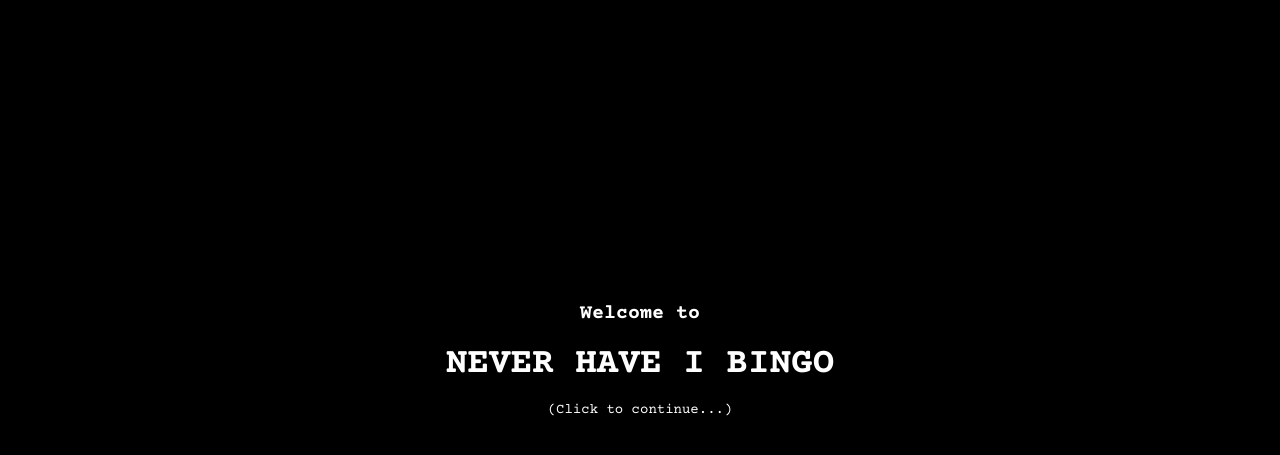
Repository: Jeysmeister/sensoryminds-bingo
Page: /
These files come from the project's save history. The page is drawn as it stood at one moment and after the next save; the edit follows.
The browser window is 1280 px wide. The pictures show the whole page.
The project was rebuilt for these pictures with package versions that can differ from the ones it lists, and the page was loaded fresh each time. The framework's server and built-in components were replaced by stand-ins that run in the browser. Also part of the build but not shown: next.config.ts.

Above is the page before, as saved 2024-11-12 20:08:32.

### app/layout.tsx
import type { Metadata } from "next";
import { Courier_Prime } from "next/font/google";
import "./globals.css";
import Header from "./components/Header";

export const metadata: Metadata = {
  title: "Never have I BINGO",
  description: "Sensory Minds Front-End Coding Challenge",
};

const courier = Courier_Prime({
  subsets: ["latin"],
  weight: ["400", "700"],
});

export default function RootLayout({
  children,
}: Readonly<{
  children: React.ReactNode;
}>) {
  return (
    <html lang="en">
      <body className={`${courier.className} antialiased`}>{children}</body>
    </html>
  );
}

### app/page.tsx
"use client";

import { neverHaveIEverQuestions } from "@/data/questions";
import { easeInOut, motion } from "framer-motion";
import { useState } from "react";
import BingoCard from "./components/BingoCard";
import Header from "./components/Header";
import { getRandomQuestions } from "@/functions/getRandomQuestions";

export default function Home() {
  const [activeSection, setActiveSection] = useState(0);

  const [questions, setQuestions] = useState(getRandomQuestions(24));

  const slideInVariant = {
    default: { x: 0, opacity: 1, width: "100%" },
    invisible: { x: "100%", opacity: 0, width: 0 },
    visible: { x: 0, opacity: 1, width: "100%", transition: { duration: 1, easeInOut } },
  };

  return (
    <div className="flex w-screen overflow-hidden bg-black">
      <motion.div
        className="w-screen h-screen flex justify-center items-center text-white bg-black flex-col gap-4 cursor-pointer"
        onClick={() => setActiveSection(1)}
        initial="default"
        animate={`${activeSection === 1 ? "invisible" : activeSection === 2 && "invisible"}`}
        variants={slideInVariant}
      >
        <div className="text-xl font-bold">Welcome to</div>
        <div className="text-4xl font-bold">NEVER HAVE I BINGO</div>
        <div className="text-sm">(Click to continue...)</div>
      </motion.div>

      <motion.div
        className="w-screen h-screen flex justify-center items-center text-white bg-black flex-col gap-4 cursor-pointer"
        onClick={() => setActiveSection(2)}
        initial="invisible"
        animate={activeSection === 1 ? "visible" : activeSection === 2 && "invisible"}
        variants={slideInVariant}
      >
        <div className="text-xl sm:text-4xl font-extrabold">INSTRUCTIONS</div>
        <div className="flex flex-col text-xs font-bold text-left max-w-[800px] gap-2 ">
          <div>1. Players must decide on the consequence when a player loses (e.g. Drink a shot).</div>
          <div>2. Players must click on the boxes of the events they've done or experienced.</div>
          <div>3. A player loses if they fill a row, column, or diagonal.</div>
          <div>4. All players who lost must do the consequence.</div>
          <div>5. The losing players must tell the other players what the list of things they've experienced or have done.</div>
          <div>6. All players must click the "Next Round" button on the top right of the page.</div>
          <div>7. Have Fun!</div>
        </div>
        <div className="text-sm">(Click to continue...)</div>
      </motion.div>

      <motion.div
        className="w-screen h-screen flex flex-col justify-center items-center relative bg-white"
        initial="invisible"
        animate={activeSection === 2 ? "visible" : activeSection === 1 && "invisible"}
        variants={slideInVariant}
      >
        <Header setActiveSection={setActiveSection} setQuestions={setQuestions} />
        <BingoCard questions={questions} />
      </motion.div>
    </div>
  );
}

### app/components/BingoCard.tsx
"use client";

import { possibleWins } from "@/data/possibleWins";
import { useEffect, useState } from "react";
import BingoItem from "./BingoItem";
import { motion } from "framer-motion";
import WinnerDialog from "./WinnerDialog";

const container = {
  hidden: { opacity: 1, scale: 0 },
  visible: {
    opacity: 1,
    scale: 1,
    transition: {
      delayChildren: 0.3,
      staggerChildren: 0.2,
    },
  },
};

const child = {
  hidden: { y: 20, opacity: 0 },
  visible: {
    y: 0,
    opacity: 1,
  },
};

const BingoCard = ({ questions }: { questions: string[] }) => {
  const [marked, setMarked] = useState<number[]>([12]);
  const [dialogOpen, setDialogOpen] = useState(false);
  const grid = [...questions.slice(0, 12), "FREE", ...questions.slice(12)];
  const checkForWin = (markedBoxes: number[]) => {
    return possibleWins.some((combination) => combination.every((index) => markedBoxes.includes(index)));
  };
  useEffect(() => {
    setMarked([12]);
  }, [questions]);
  useEffect(() => {
    console.log(marked);
    const win = checkForWin(marked);
    if (win) {
      setDialogOpen(true);
    }
  }, [marked]);

  return (
    <>
      <motion.div variants={container} initial="hidden" animate="visible" className="md:border md:border-gray-300 p-4 pt-0 rounded-xl">
        <div className="flex w-full justify-center items-center py-4 text-xl font-extrabold">NEVER HAVE I BINGO</div>
        <div className="max-w-[800px] max-h-[800px] w-screen grid grid-cols-5 gap-1 xs:gap-2 sm:gap-4">
          {grid.map((item, index) => (
            <motion.div variants={child} className="flex justify-center">
              <BingoItem key={index} index={index} item={item} marked={marked} setMarked={setMarked} questions={questions} />
            </motion.div>
          ))}
        </div>
      </motion.div>
      <WinnerDialog
        open={dialogOpen}
        setOpen={setDialogOpen}
        questions={marked.map((value: number) => {
          return questions[value];
        })}
      />
    </>
  );
};

export default BingoCard;

### app/components/Header.tsx
import { Button } from "@/components/ui/button";
import { getRandomQuestions } from "@/functions/getRandomQuestions";

const Header = ({ setActiveSection, setQuestions }: { setActiveSection: (value: number) => void; setQuestions: (value: string[]) => void }) => {
  const nextRoundHandler = () => {
    setQuestions(getRandomQuestions(24));
  };
  return (
    <div className="p-4 w-screen absolute top-0  flex justify-between items-center">
      <div className="text-xl">NEVER HAVE I BINGO</div>
      <div className="flex flex-col sm:flex-row gap-2">
        <Button className="font-extrabold" onClick={nextRoundHandler}>
          Next Round
        </Button>
        <Button
          className="font-extrabold"
          onClick={() => {
            setActiveSection(1);
          }}
        >
          Rules
        </Button>
      </div>
    </div>
  );
};

export default Header;

### functions/getRandomQuestions.ts
import { neverHaveIEverQuestions } from "@/data/questions";

export const getRandomQuestions = (count: number) => {
  const shuffled = [...neverHaveIEverQuestions].sort(() => 0.5 - Math.random());
  return shuffled.slice(0, count);
};

### data/possibleWins.ts
export const possibleWins = [
  // Rows
  [0, 1, 2, 3, 4], // Row 1
  [5, 6, 7, 8, 9], // Row 2
  [10, 11, 12, 13, 14], // Row 3
  [15, 16, 17, 18, 19], // Row 4
  [20, 21, 22, 23, 24], // Row 5

  // Columns
  [0, 5, 10, 15, 20], // Column 1
  [1, 6, 11, 16, 21], // Column 2
  [2, 7, 12, 17, 22], // Column 3
  [3, 8, 13, 18, 23], // Column 4
  [4, 9, 14, 19, 24], // Column 5

  // Diagonals
  [0, 6, 12, 18, 24], // Diagonal 1
  [4, 8, 12, 16, 20], // Diagonal 2
];

### app/components/BingoItem.tsx
"use client";

import { useEffect, useState } from "react";
import { motion } from "framer-motion";

const BingoItem = ({ index, item, marked, setMarked, questions }: { index: number; item: string; marked: number[]; setMarked: (value: number[]) => void; questions: string[] }) => {
  const [active, setActive] = useState(item === "FREE" ? true : false);
  const handleClick = (index: number) => {
    if (item !== "FREE") {
      const newActive = !active;
      if (newActive) {
        setActive(newActive);
        setMarked([...marked, index]);
      } else {
        setActive(newActive);
        const indexOfItem = marked.indexOf(index);
        setMarked([...marked.splice(0, indexOfItem), ...marked.splice(indexOfItem)]);
      }
    }
  };
  useEffect(() => {
    if (item !== "FREE") {
      setActive(false);
    }
  }, [questions]);
  return (
    <motion.div
      initial={{ backgroundColor: "#ffffff" }}
      animate={{
        backgroundColor: active ? "#000000" : "#ffffff",
      }}
      transition={{ duration: 0.5 }}
      key={index}
      className={`relative flex items-center justify-center p-2 h-[70px] w-[70px] xs:h-[80px] xs:w-[80px] sm:h-[100px] sm:w-[100px] md:w-[130px] md:h-[130px] border border-gray-200 rounded ${
        active ? "bg-black text-white" : "bg-white text-black"
      } cursor-pointer`}
      onClick={() => handleClick(index)}
    >
      <p className="text-center text-2xs sm:text-xs md:text-sm font-extrabold capitalize">{item}</p>
    </motion.div>
  );
};

export default BingoItem;

### app/components/WinnerDialog.tsx
import { Dialog, DialogContent, DialogTitle } from "@/components/ui/dialog";

const WinnerDialog = ({ open, setOpen, questions }: { open: boolean; setOpen: (value: boolean) => void; questions: string[] }) => {
  return (
    <Dialog open={open} onOpenChange={setOpen}>
      <DialogContent>
        <DialogTitle>I HAVE ...</DialogTitle>
        <div className="flex flex-col gap-4">
          {questions.map((question: string, index: number) => {
            return <div>{`${index + 1}. ${question}`}</div>;
          })}
        </div>
      </DialogContent>
    </Dialog>
  );
};

export default WinnerDialog;

### components/ui/button.tsx
import * as React from "react"
import { Slot } from "@radix-ui/react-slot"
import { cva, type VariantProps } from "class-variance-authority"

import { cn } from "@/lib/utils"

const buttonVariants = cva(
  "inline-flex items-center justify-center gap-2 whitespace-nowrap rounded-md text-sm font-medium transition-colors focus-visible:outline-none focus-visible:ring-1 focus-visible:ring-ring disabled:pointer-events-none disabled:opacity-50 [&_svg]:pointer-events-none [&_svg]:size-4 [&_svg]:shrink-0",
  {
    variants: {
      variant: {
        default:
          "bg-primary text-primary-foreground shadow hover:bg-primary/90",
        destructive:
          "bg-destructive text-destructive-foreground shadow-sm hover:bg-destructive/90",
        outline:
          "border border-input bg-background shadow-sm hover:bg-accent hover:text-accent-foreground",
        secondary:
          "bg-secondary text-secondary-foreground shadow-sm hover:bg-secondary/80",
        ghost: "hover:bg-accent hover:text-accent-foreground",
        link: "text-primary underline-offset-4 hover:underline",
      },
      size: {
        default: "h-9 px-4 py-2",
        sm: "h-8 rounded-md px-3 text-xs",
        lg: "h-10 rounded-md px-8",
        icon: "h-9 w-9",
      },
    },
    defaultVariants: {
      variant: "default",
      size: "default",
    },
  }
)

export interface ButtonProps
  extends React.ButtonHTMLAttributes<HTMLButtonElement>,
    VariantProps<typeof buttonVariants> {
  asChild?: boolean
}

const Button = React.forwardRef<HTMLButtonElement, ButtonProps>(
  ({ className, variant, size, asChild = false, ...props }, ref) => {
    const Comp = asChild ? Slot : "button"
    return (
      <Comp
        className={cn(buttonVariants({ variant, size, className }))}
        ref={ref}
        {...props}
      />
    )
  }
)
Button.displayName = "Button"

export { Button, buttonVariants }

### components/ui/dialog.tsx
"use client"

import * as React from "react"
import * as DialogPrimitive from "@radix-ui/react-dialog"
import { X } from "lucide-react"

import { cn } from "@/lib/utils"

const Dialog = DialogPrimitive.Root

const DialogTrigger = DialogPrimitive.Trigger

const DialogPortal = DialogPrimitive.Portal

const DialogClose = DialogPrimitive.Close

const DialogOverlay = React.forwardRef<
  React.ElementRef<typeof DialogPrimitive.Overlay>,
  React.ComponentPropsWithoutRef<typeof DialogPrimitive.Overlay>
>(({ className, ...props }, ref) => (
  <DialogPrimitive.Overlay
    ref={ref}
    className={cn(
      "fixed inset-0 z-50 bg-black/80  data-[state=open]:animate-in data-[state=closed]:animate-out data-[state=closed]:fade-out-0 data-[state=open]:fade-in-0",
      className
    )}
    {...props}
  />
))
DialogOverlay.displayName = DialogPrimitive.Overlay.displayName

const DialogContent = React.forwardRef<
  React.ElementRef<typeof DialogPrimitive.Content>,
  React.ComponentPropsWithoutRef<typeof DialogPrimitive.Content>
>(({ className, children, ...props }, ref) => (
  <DialogPortal>
    <DialogOverlay />
    <DialogPrimitive.Content
      ref={ref}
      className={cn(
        "fixed left-[50%] top-[50%] z-50 grid w-full max-w-lg translate-x-[-50%] translate-y-[-50%] gap-4 border bg-background p-6 shadow-lg duration-200 data-[state=open]:animate-in data-[state=closed]:animate-out data-[state=closed]:fade-out-0 data-[state=open]:fade-in-0 data-[state=closed]:zoom-out-95 data-[state=open]:zoom-in-95 data-[state=closed]:slide-out-to-left-1/2 data-[state=closed]:slide-out-to-top-[48%] data-[state=open]:slide-in-from-left-1/2 data-[state=open]:slide-in-from-top-[48%] sm:rounded-lg",
        className
      )}
      {...props}
    >
      {children}
      <DialogPrimitive.Close className="absolute right-4 top-4 rounded-sm opacity-70 ring-offset-background transition-opacity hover:opacity-100 focus:outline-none focus:ring-2 focus:ring-ring focus:ring-offset-2 disabled:pointer-events-none data-[state=open]:bg-accent data-[state=open]:text-muted-foreground">
        <X className="h-4 w-4" />
        <span className="sr-only">Close</span>
      </DialogPrimitive.Close>
    </DialogPrimitive.Content>
  </DialogPortal>
))
DialogContent.displayName = DialogPrimitive.Content.displayName

const DialogHeader = ({
  className,
  ...props
}: React.HTMLAttributes<HTMLDivElement>) => (
  <div
    className={cn(
      "flex flex-col space-y-1.5 text-center sm:text-left",
      className
    )}
    {...props}
  />
)
DialogHeader.displayName = "DialogHeader"

const DialogFooter = ({
  className,
  ...props
}: React.HTMLAttributes<HTMLDivElement>) => (
  <div
    className={cn(
      "flex flex-col-reverse sm:flex-row sm:justify-end sm:space-x-2",
      className
    )}
    {...props}
  />
)
DialogFooter.displayName = "DialogFooter"

const DialogTitle = React.forwardRef<
  React.ElementRef<typeof DialogPrimitive.Title>,
  React.ComponentPropsWithoutRef<typeof DialogPrimitive.Title>
>(({ className, ...props }, ref) => (
  <DialogPrimitive.Title
    ref={ref}
    className={cn(
      "text-lg font-semibold leading-none tracking-tight",
      className
    )}
    {...props}
  />
))
DialogTitle.displayName = DialogPrimitive.Title.displayName

const DialogDescription = React.forwardRef<
  React.ElementRef<typeof DialogPrimitive.Description>,
  React.ComponentPropsWithoutRef<typeof DialogPrimitive.Description>
>(({ className, ...props }, ref) => (
  <DialogPrimitive.Description
    ref={ref}
    className={cn("text-sm text-muted-foreground", className)}
    {...props}
  />
))
DialogDescription.displayName = DialogPrimitive.Description.displayName

export {
  Dialog,
  DialogPortal,
  DialogOverlay,
  DialogTrigger,
  DialogClose,
  DialogContent,
  DialogHeader,
  DialogFooter,
  DialogTitle,
  DialogDescription,
}

### tailwind.config.ts
import type { Config } from "tailwindcss";

export default {
  darkMode: ["class"],
  content: ["./pages/**/*.{js,ts,jsx,tsx,mdx}", "./components/**/*.{js,ts,jsx,tsx,mdx}", "./app/**/*.{js,ts,jsx,tsx,mdx}"],
  theme: {
    extend: {
      fontSize: {
        "2xs": ["9px", "10px"],
      },
      screens: {
        xs: "400px",
      },
      colors: {
        background: "hsl(var(--background))",
        foreground: "hsl(var(--foreground))",
        card: {
          DEFAULT: "hsl(var(--card))",
          foreground: "hsl(var(--card-foreground))",
        },
        popover: {
          DEFAULT: "hsl(var(--popover))",
          foreground: "hsl(var(--popover-foreground))",
        },
        primary: {
          DEFAULT: "hsl(var(--primary))",
          foreground: "hsl(var(--primary-foreground))",
        },
        secondary: {
          DEFAULT: "hsl(var(--secondary))",
          foreground: "hsl(var(--secondary-foreground))",
        },
        muted: {
          DEFAULT: "hsl(var(--muted))",
          foreground: "hsl(var(--muted-foreground))",
        },
        accent: {
          DEFAULT: "hsl(var(--accent))",
          foreground: "hsl(var(--accent-foreground))",
        },
        destructive: {
          DEFAULT: "hsl(var(--destructive))",
          foreground: "hsl(var(--destructive-foreground))",
        },
        border: "hsl(var(--border))",
        input: "hsl(var(--input))",
        ring: "hsl(var(--ring))",
        chart: {
          "1": "hsl(var(--chart-1))",
          "2": "hsl(var(--chart-2))",
          "3": "hsl(var(--chart-3))",
          "4": "hsl(var(--chart-4))",
          "5": "hsl(var(--chart-5))",
        },
      },
      borderRadius: {
        lg: "var(--radius)",
        md: "calc(var(--radius) - 2px)",
        sm: "calc(var(--radius) - 4px)",
      },
    },
  },
  plugins: [require("tailwindcss-animate")],
} satisfies Config;

Loaded but not shown: app/globals.css (common file); lib/utils.ts (common file); data/questions.ts (246 lines, source omitted)

After the next save:
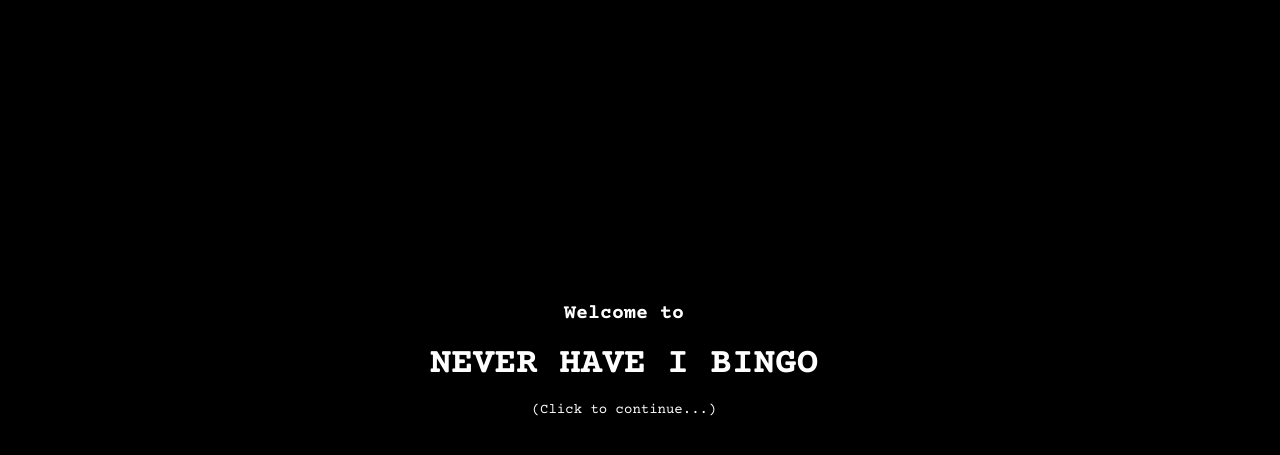
Saved 39 s later.
--- a/app/page.tsx
+++ b/app/page.tsx
@@ -33,7 +33,7 @@ export default function Home() {
       </motion.div>
 
       <motion.div
-        className="w-screen h-screen flex justify-center items-center text-white bg-black flex-col gap-4 cursor-pointer"
+        className="w-screen h-screen flex justify-center items-center text-white bg-black flex-col gap-4 cursor-pointer px-4"
         onClick={() => setActiveSection(2)}
         initial="invisible"
         animate={activeSection === 1 ? "visible" : activeSection === 2 && "invisible"}
